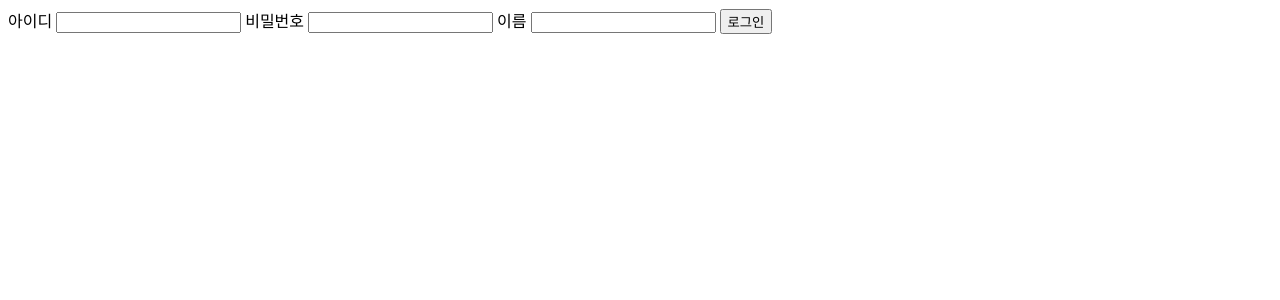
Repository: j-hee-98/Servlet-JSP
Page: http://localhost/WS_0415/login/LoginForm.jsp
The author's editor kept a copy of each file at every save. The page is drawn from the files as they stood at one save, then again after the next save.
The browser window is 1280 px wide. The pictures show the whole page.
The page is served by Tomcat 10. Other server files are loaded and not shown.

Above is the page before, as saved 2025-04-15 07:33:28.

### WS_0415/src/main/webapp/login/LoginForm.jsp
<%@ page language="java" contentType="text/html; charset=UTF-8"
    pageEncoding="UTF-8"%>
<!DOCTYPE html>
<html>
<head>
<meta charset="UTF-8">
<title>Insert title here</title>
</head>
<body>
	<form action="login"  method="post">
		<label for="id">아이디</label>
		<input type="id"  name="id">

		<label for="password">비밀번호</label>
		<input type="password"  name="pwd">

		<label for="name">이름</label>
		<input type="text"  name="name">
		<button type="submit">로그인</button>
	</form>
</body>
</html>

After the next save:
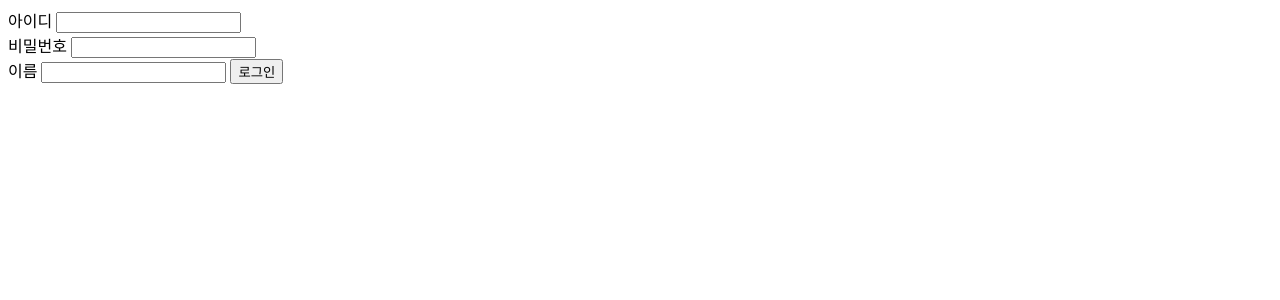
Saved 31 s later.
--- a/WS_0415/src/main/webapp/login/LoginForm.jsp
+++ b/WS_0415/src/main/webapp/login/LoginForm.jsp
@@ -9,10 +9,10 @@
 <body>
 	<form action="login"  method="post">
 		<label for="id">아이디</label>
-		<input type="id"  name="id">
+		<input type="id"  name="id"> <br>
 
 		<label for="password">비밀번호</label>
-		<input type="password"  name="pwd">
+		<input type="password"  name="pwd"> <br>
 
 		<label for="name">이름</label>
 		<input type="text"  name="name">
